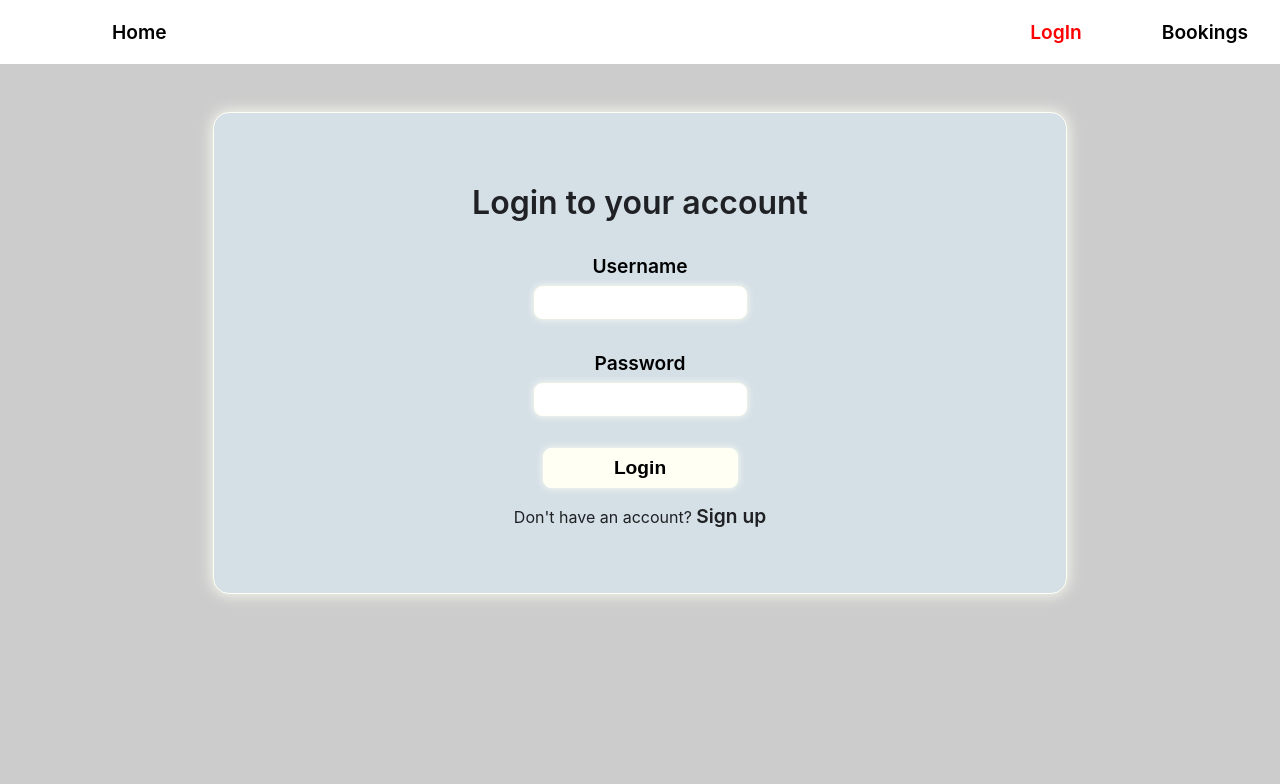
Repository: MikkyPrestige/fake-user-authentication
Page: /login
These files come from the project's save history. The page is drawn as it stood at one moment and after the next save; the edit follows.
The browser window is 1280 px wide. The pictures show the whole page.
The project was rebuilt for these pictures with package versions that can differ from the ones it lists, and the page was loaded fresh each time. Also part of the build but not shown: src/assets/styles/home.css, src/components/home.jsx, src/assets/styles/booking.css, src/components/booking.jsx, src/components/fallBack.jsx, src/assets/styles/error.css, src/components/error.jsx, src/profile/signUp.jsx and 2 more.

Above is the page before, as saved 2022-11-24 06:08:40.

### src/index.css
body {
  margin: 0;
  font-family: -apple-system, BlinkMacSystemFont, 'Segoe UI', 'Roboto', 'Oxygen',
    'Ubuntu', 'Cantarell', 'Fira Sans', 'Droid Sans', 'Helvetica Neue',
    sans-serif;
  -webkit-font-smoothing: antialiased;
  -moz-osx-font-smoothing: grayscale;
  /* background-image: url(./assets/img/pattern_blue-1.jpg);
  background-repeat: no-repeat;
  background-size: cover;
  background-position: center;
  background-attachment: fixed; */
}

code {
  font-family: source-code-pro, Menlo, Monaco, Consolas, 'Courier New',
    monospace;
}

### src/App.jsx
import React from "react";
import { ErrorBoundary } from "react-error-boundary";
import { Route, Routes } from "react-router-dom";
import { Home, Navigation, Booking, FallBack, Error } from "./components";
import { Login, User, Logout, SignUp } from "./profile";
import RequireAuth from "./profile/context/require";
import { AuthProvider } from "./profile/context/auth";

function App() {
  return (
    <div className="App">
      <ErrorBoundary FallbackComponent={FallBack}>
        <Navigation />
        <AuthProvider>
        <Routes>
          <Route path="/" element={<Home />} />
          <Route path="/login">
            <Route index element={<Login />} />
          </Route>
          <Route path="/user" element={<RequireAuth><User /></RequireAuth>} />
          <Route path="/logout" element={<Logout />} />
          <Route path="/signUp" element={<SignUp />} />
          <Route path="/booking" element={<Booking />} />
          <Route path="*" element={<Error />} />
        </Routes>
        </AuthProvider>
      </ErrorBoundary>
    </div>
  );
}

export default App;

### src/components/index.js
export { default as Navigation } from "./navigation";
export { default as Home } from "./home";
export { default as Booking } from "./booking";
export { default as FallBack } from "./fallBack";
export { default as Error } from "./error";

### src/profile/index.js
export { default as Login } from "./login";
export { default as Logout } from "./logout";
export { default as SignUp } from "./signUp";
export { default as User } from "./user";

### src/profile/context/auth.jsx
// USER AUTHENTICATION CONTEXT
// This context is used to store the user authentication data and provide it to the rest of the application

import React, { createContext, useState, useContext } from "react";

// Create the context
const AuthContext = createContext({ user: {
  userName: "",
  email: "",
  password: "",
  confirmPassword: ""
} });

// Create the provider
const AuthProvider = ({ children }) => {

  // Create the state
  const [user, setUser] = useState({
    userName: "",
    email: "",
    password: "",
    confirmPassword: ""
  });

  // Login the user
  const login = (userName, password) => {
    setUser({
      userName,
      password
    });
  };

  // Sign up the user
  const signUp = (userName, password, email) => {
    setUser({
      userName,
      password,
      email
    });
  };

  // Logout the user
  const logout = () => {
    setUser({
      userName: "",
      email: "",
      password: "",
      confirmPassword: ""
    });
  };

  // Return the provider
  return (
    <AuthContext.Provider value={{ user, login, signUp, logout }}>
      {children}
    </AuthContext.Provider>
  );
};

// Create the hook
const useAuth = () => useContext(AuthContext);

// Export the provider and the hook
export { AuthProvider, useAuth };

// // Create the provider
// const AuthProvider = ({ children }) => {
//   // Create the state
//   const [user, setUser] = useState(null);

//   // Create the login function
//   const login = (user) => {
//     // Set the user
//     setUser(user);
//   };

//   // Create the logout function
//   const logout = () => {
//     // Set the user
//     setUser(null);
//   };

//   // Create sign up function
//   const signUp = (user) => {
//     // Set the user
//     setUser(user);
//   };

//   // Return the provider
//   return (
//     <AuthContext.Provider value={{ user, login, logout, signUp }}>
//       {children}
//     </AuthContext.Provider>
//   );
// };

// // Context hook
// const useAuth = () => useContext(AuthContext);

// // Export the context and provider
// export { AuthContext, AuthProvider, useAuth };

### src/components/navigation.jsx
// NAVIGATION COMPONENT

import React from "react";
import { NavLink } from "react-router-dom";
import "../assets/styles/navigation.css";

const Navigation = () => {
  return (
    <div className="navigation">
      <nav className="navigation__links">
        <div className="navigation--link">
          <NavLink
            style={({ isActive }) =>
              isActive ? { color: "red" } : { color: "black" }
            }
            to="/"
            className="navigation__link--item"
          >
            Home
          </NavLink>
        </div>
        <div className="navigation__link--wrapper">
          <NavLink
            style={({ isActive }) =>
              isActive ? { color: "red" } : { color: "black" }
            }
            to="/login"
            className="navigation__link--item"
          >
             LogIn
          </NavLink>
          <NavLink
            style={({ isActive }) =>
              isActive ? { color: "red" } : { color: "black" }
            }
            to="/booking"
            className="navigation__link--item"
          >
            Bookings
          </NavLink>
        </div>
      </nav>
    </div>
  );
};

export default Navigation;

### src/profile/login.jsx
// LOGIN COMPONENT - LOGIN PAGE
// This component is the login page for the application. It is a form that allows the user to enter their username and password.

import React, { useState } from "react";
import { useNavigate, useLocation } from "react-router-dom";
import { useAuth } from "./context/auth";
import "../assets/styles/login.css";

const Login = () => {
  const [userName, setUserName] = useState("");
  const [password, setPassword] = useState("");
  const [error, setError] = useState("");
  const auth = useAuth();
  const navigate = useNavigate();
  const location = useLocation();

  // Validate the form
  const validate = () => {
    let error = "";
    if (!userName && !password) {
      error = "Please enter a username and password.";
    } else if (userName === "") {
      error = "Please enter a username.";
    } else if (password === "") {
      error = "Please enter a password.";
    } else {
      error = "";
    } // If there is an error, set the error state
    if (error) {
      setError(error);
      return false;
    } // Otherwise, return true
  };

  // Handle the form login
  const handleLogin = () => {
    if (validate()) {
      auth.login(userName, password);
      navigate(location.state?.from || "/user", { replace: true }); // Redirect the user to the user page after they login successfully.
    }
  };

  // Handle the form submit
  const handleSubmit = (e) => {
    e.preventDefault();
    console.log(userName, password);
    handleLogin();
  };

  // Handle the form change
  const handleChange = (e) => {
    const { name, value } = e.target;
    if (name === "user") {
      setUserName(value);
    } else if (name === "password") {
      setPassword(value);
    }
  };

  return (
    <div className="login">
      <div className="login__container">
      <h1 className="login__title">Login to your account</h1>
      <form onSubmit={handleSubmit} className="login__form">
        <div className="login__form__group">
        <label htmlFor="user" className="login__label">
          Username
        </label>
        <input
          type="text"
          name="user"
          value={userName}
          onChange={handleChange}
          className="login__input"
        />
        {/* {error.userName && (
          <p className="login__error">{error.userName}</p>
        )} */}
        </div>
        <div className="login__form__group">
        <label htmlFor="password" className="login__label">
          Password
        </label>
        <input
          type="password"
          name="password"
          value={password}
          onChange={handleChange}
          className="login__input"
        />
        {error && <p className="login__error">{error}</p>}
        </div>
        <button type="submit" className="login__btn">
          Login
        </button>
      </form>
      {/* <p className="login__error">{error}</p> */}
      <p className="login__links">
        Don't have an account?{" "}
        <a href="/signUp" className="login__link--item">
          Sign up
        </a>
      </p>
      </div>
    </div>
  );
};

export default Login;

### src/profile/logout.jsx
// LOGOUT COMPONENT:
// This component is for the logout page in the app

import { useEffect } from "react";
import { useNavigate } from "react-router-dom";
import { useAuth } from "./context/auth";

const Logout = () => {
  const auth = useAuth();
  const navigate = useNavigate();

  useEffect(() => {
    auth.logout();
    navigate("/");
  });

  return null;
};

export default Logout;

### src/assets/styles/navigation.css
.navigation {
  background-color: #fff;
  height: 4rem;
  position: fixed;
  top: 0;
  width: 100%;
  z-index: 100;
}

.navigation__links {
  display: flex;
  justify-content: space-between;
  align-items: center;
  height: 100%;
  padding: 0 2rem;
}

.navigation__link--item {
  font-size: 1.2rem;
  font-weight: 600;
  text-decoration: none;
}

.navigation--link {
  margin-left: 5rem;
}

.navigation__link--wrapper {
  display: flex;
  align-items: center;
  gap: 5rem;
}

### src/assets/styles/login.css
.login {
    background-color: #ccc;
    margin: 0 auto;
    padding: 2rem;
    height: 100vh;
}

.login__container {
    display: flex;
    flex-direction: column;
    justify-content: center;
    align-items: center;
    width: 70%;
    height: 30rem;
    margin: 5rem auto;
    background-color: #D4DfE6;
    border: 1px solid #FFFFF3;
    border-radius: 1rem;
    box-shadow: 0 0 1rem #FFFFF3;
}

.login__title {
    font-size: 2rem;
    font-weight: 600;
    color: #1F2124;
    margin-bottom: 2rem;
}

.login__form__group {
    display: flex;
    flex-direction: column;
    justify-content: center;
    align-items: center;
    gap: .5rem;
}

.login__label {
    font-size: 1.2rem;
    font-weight: 600;
}

.login__input {
    width: 100%;
    padding: 0.5rem;
    border: 1px solid #FFFFF3;
    border-radius: 0.5rem;
    box-shadow: 0 0 0.5rem #FFFFF3;
    margin-bottom: 2rem;
}

.login__input:focus {
    outline: none;
}

.login__btn {
    width: 100%;
    padding: 0.5rem;
    border: 1px solid #FFFFF3;
    border-radius: 0.5rem;
    box-shadow: 0 0 0.5rem #FFFFF3;
    background-color: #FFFFF3;
    font-size: 1.2rem;
    font-weight: 600;
    cursor: pointer;
}

.login__btn:hover {
    background-color: #D4DfE6;
}

.login__links {
  color: #1F2124;
}

.login__link--item {
  text-decoration: none;
  font-size: 1.2rem;
  font-weight: 600;
  color: #1F2124;
}

.login__error {
  color: red;
  font-size: 1.2rem;
  font-weight: 600;
}

Loaded but not shown: public/index.html (common file); src/index.js (common file)

After the next save:
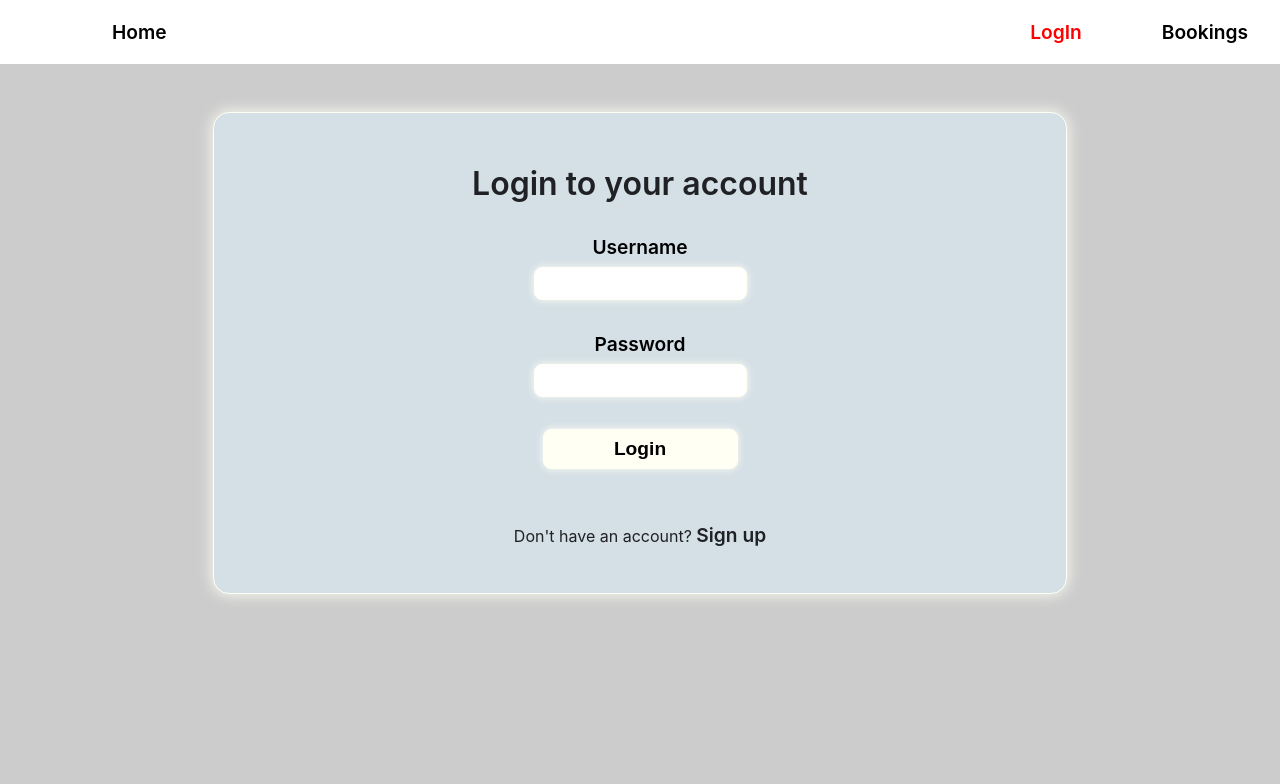
Saved 30 s later.
--- a/src/profile/login.jsx
+++ b/src/profile/login.jsx
@@ -94,7 +94,7 @@
           Login
         </button>
       </form>
-      {/* <p className="login__error">{error}</p> */}
+      <p className="login__error">{error}</p>
       <p className="login__links">
         Don't have an account?{" "}
         <a href="/signUp" className="login__link--item">

After the save that followed:
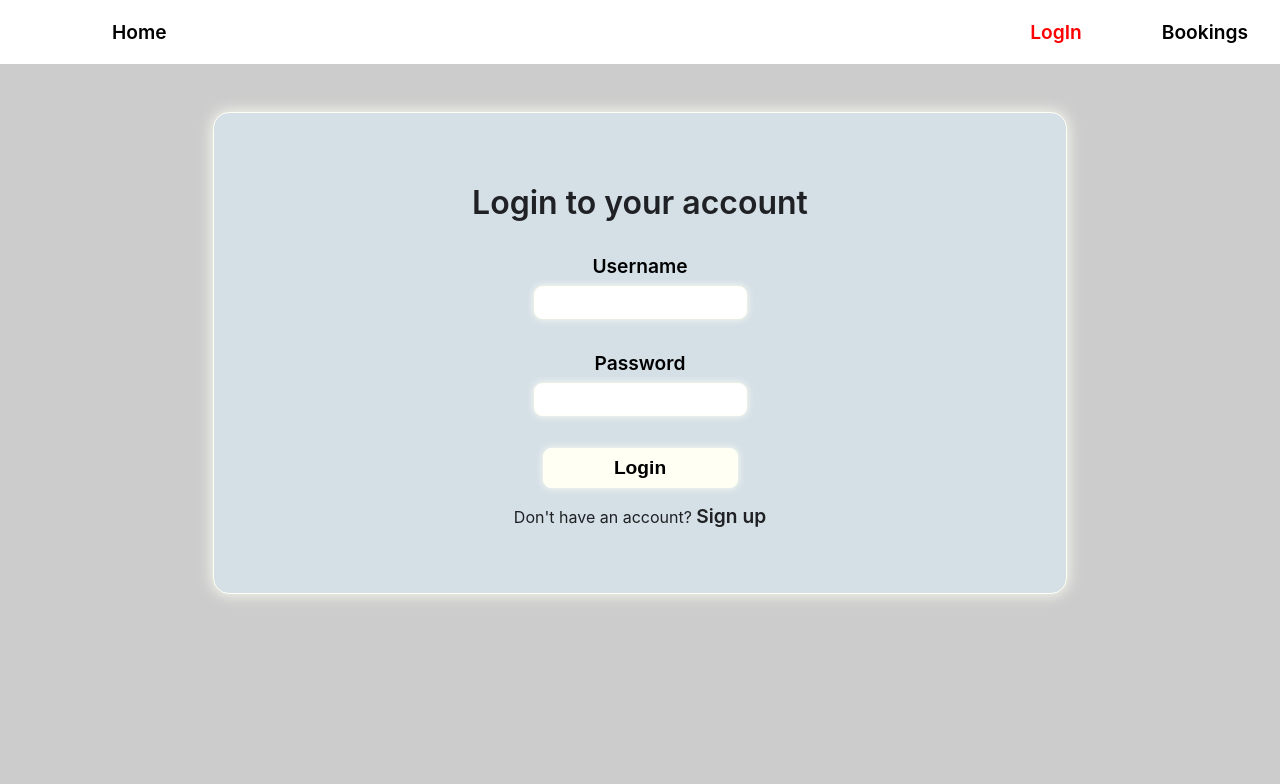
Saved 19 s later.
--- a/src/profile/login.jsx
+++ b/src/profile/login.jsx
@@ -94,7 +94,7 @@
           Login
         </button>
       </form>
-      <p className="login__error">{error}</p>
+      {/* <p className="login__error">{error}</p> */}
       <p className="login__links">
         Don't have an account?{" "}
         <a href="/signUp" className="login__link--item">
